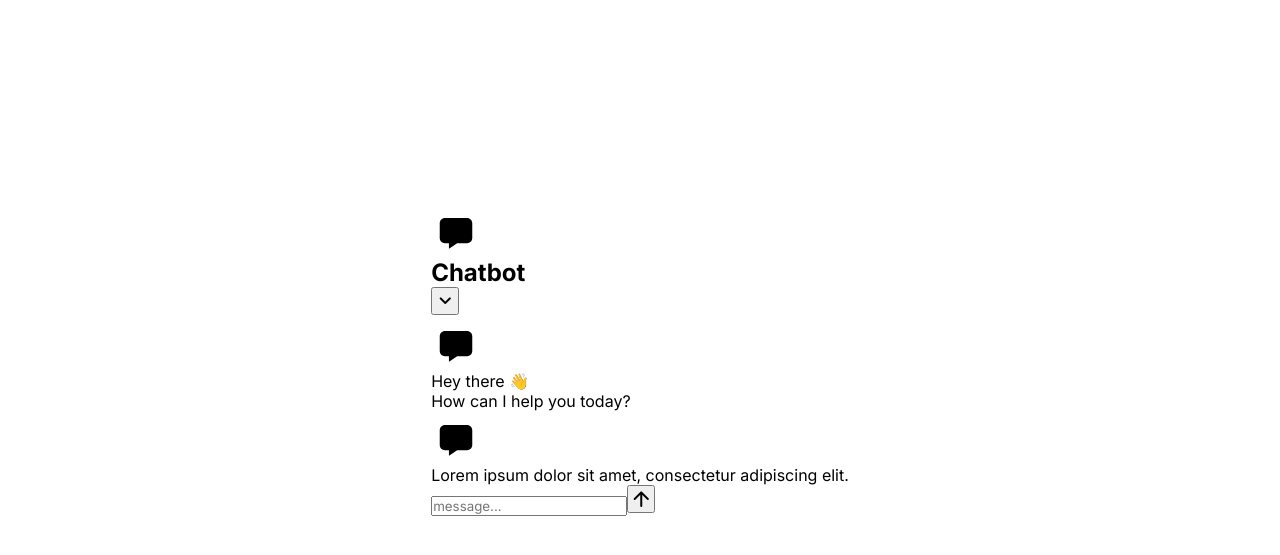
Repository: gogg23/chatbot
Page: / (app in chatbot/)
These files come from the project's save history. The page is drawn as it stood at one moment and after the next save; the edit follows.
The browser window is 1280 px wide. The pictures show the whole page.
The project was rebuilt for these pictures with package versions that can differ from the ones it lists, and the page was loaded fresh each time. Also part of the build but not shown: chatbot/vite.config.js.

Above is the page before, as saved 2025-01-11 11:03:15.

### chatbot/index.html
<!DOCTYPE html>
<html lang="en">
  <head>
    <meta charset="UTF-8" />
    <link rel="icon" type="image/svg+xml" href="/vite.svg" />
    <meta name="viewport" content="width=device-width, initial-scale=1.0" />
    <title>Chatbot in ReactJS</title>
    <!--Linking google Fonts for Icons-->
    <link
      href="https://fonts.googleapis.com/css2?family=Material+Symbols+Rounded"
      rel="stylesheet"
    />
  </head>
  <body>
    <div id="root"></div>
    <script type="module" src="/src/main.jsx"></script>
  </body>
</html>

### chatbot/src/index.css
/*Importing Google Fonts - Inter*/
@import url('https://fonts.googleapis.com/css2?family=Inter:ital,opsz,wght@0,14..32,100..900;1,14..32,100..900&display=swap');

* {
  margin: 0;
  padding: 0;
  box-sizing: border-box;
  font-family: 'Inter', sans-serif;
}

body {
  width: 100%;
  display: flex;
  align-items: center;
  justify-content: center;
  min-height: 100vh;
  background: linear-gradient(#f4foff, #dacdff);
}

### chatbot/src/App.jsx
import ChatbotIcon from './components/ChatbotIcon';

const App = () => {
  return (
    <div className='container'>
      <div className='chatbot-popup'>
        {/*Chatbot Header*/}
        <div className='chat-header'>
          <div className='header-info'>
            <ChatbotIcon />
            <h2 className='logo-text'>Chatbot</h2>
          </div>
          <button className='material-symbols-rounded'>
            keyboard_arrow_down
          </button>
        </div>
        {/*Chatbot Body*/}
        <div className='chat-body'>
          <div className='message bot-message'>
            <ChatbotIcon />
            <p className='message-text'>
              Hey there 👋
              <br />
              How can I help you today?
            </p>
          </div>
          <div className='message user-message'>
            <ChatbotIcon />
            <p className='message-text'>
              Lorem ipsum dolor sit amet, consectetur adipiscing elit.
            </p>
          </div>
        </div>
        {/*Chatbot Footer*/}
        <div className='chat-footer'>
          <form action='#' className='chat-form'></form>
          <input
            type='text'
            placeholder='message...'
            className='message-input'
            required
          />
          <button className='material-symbols-rounded'>arrow_upward</button>
        </div>
      </div>
    </div>
  );
};

export default App;

### chatbot/src/components/ChatbotIcon.jsx
const ChatbotIcon = () => {
  return (
    <svg
      xmlns='http://www.w3.org/2000/svg'
      width='50'
      height='50'
      viewBox='0 0 1024 1024'
    >
      <path
        d='M738.3 287.6H285.7c-59 0-106.8
      47.8-106.8 106.8v303.1c0 59 47.8 106.8 106.8 106.8h81.5v111.1c0
      .7.8 1.1 1.4.7l166.9-110.6 41.8-.8h117.4l43.6-.4c59
      0 106.8-47.8 106.8-106.8V394.5c0-59-47.8-106.9-106.8-106.9zM351
      .7 448.2c0-29.5 23.9-53.5 53.5-53.5s53.5 23.9 53.5 53.5-23.9
      53.5-53.5 53.5-53.5-23.9-53.5-53.5zm157.9 267.1c-67.8 0-123.8-47
      .5-132.3-109h264.6c-8.6 61.5-64.5 109-132.3 109zm110-213.7c-29.5
      0-53.5-23.9-53.5-53.5s23.9-53.5 53.5-53.5 53.5 23.9 53.5 53.5-23.9
      53.5-53.5 53.5zM867.2 644.5V453.1h26.5c19.4 0 35.1 15.7 35.1 35.1v121.1c0
      19.4-15.7 35.1-35.1 35.1h-26.5zM95.2 609.4V488.2c0-19.4 15.7-35.1
      35.1-35.1h26.5v191.3h-26.5c-19.4 0-35.1-15.7-35.1-35.1zM561.5 149.6c0 23.4-15.6
      43.3-36.9 49.7v44.9h-30v-44.9c-21.4-6.5-36.9-26.3-36.9-49.7 0-28.6 23.3-51.9 51.9-51.9s51.9
      23.3 51.9 51.9z'
      />
    </svg>
  );
};

export default ChatbotIcon;

Loaded but not shown: chatbot/src/main.jsx (common file)

After the next save:
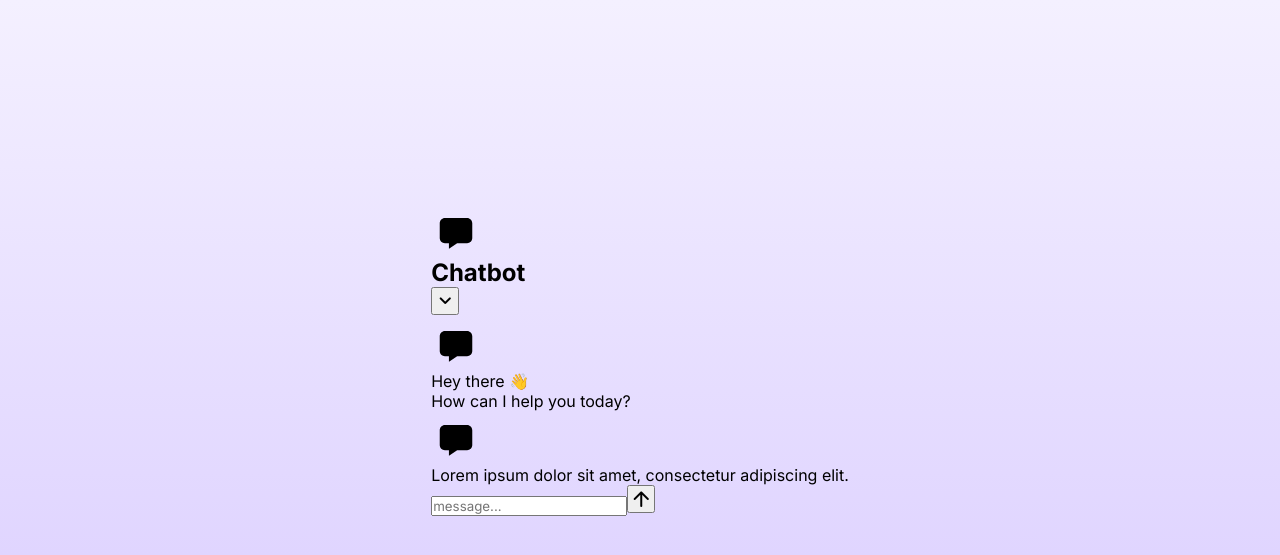
Saved 2 min 30 s later.
--- a/chatbot/src/index.css
+++ b/chatbot/src/index.css
@@ -14,5 +14,5 @@ body {
   align-items: center;
   justify-content: center;
   min-height: 100vh;
-  background: linear-gradient(#f4foff, #dacdff);
+  background: linear-gradient(#f4f0ff, #dacdff);
 }
